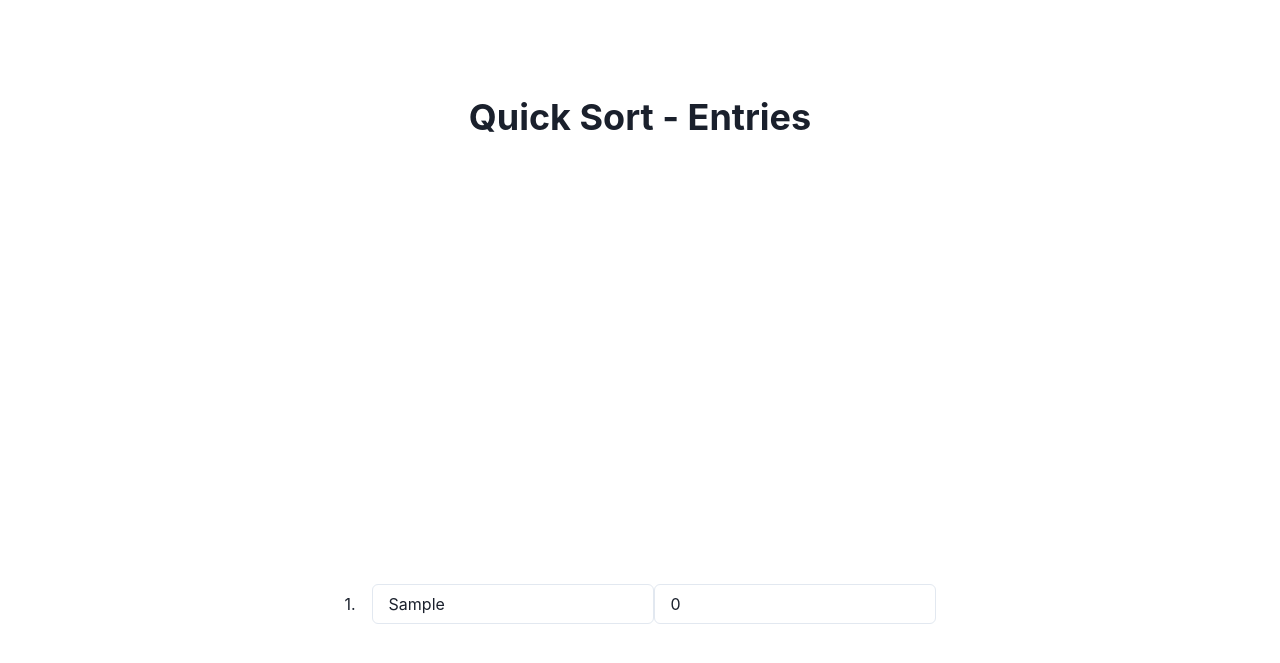
Repository: rohit-jindal18/stock-trailer
Page: /home
These files come from the project's save history. The page is drawn as it stood at one moment and after the next save; the edit follows.
The browser window is 1280 px wide. The pictures show the whole page.
The project was rebuilt for these pictures with package versions that can differ from the ones it lists, and the page was loaded fresh each time. The framework's server and built-in components were replaced by stand-ins that run in the browser. Also part of the build but not shown: next.config.js.

Above is the page before, as saved 2023-03-14 14:59:38.

### src/pages/_app.tsx
import '@stock-trailer/styles/globals.css'
import { ChakraProvider } from '@chakra-ui/react'
import type { AppProps } from 'next/app'

export default function App({ Component, pageProps }: AppProps) {
  return (
    <ChakraProvider>
      <Component {...pageProps} />
    </ChakraProvider>
  )
}

### src/pages/home.tsx
import { Box, Heading, Input, Text } from '@chakra-ui/react'
import styles from '@stock-trailer/styles/Home.module.css'
import { IInstrumentInfo } from '@stock-trailer/types'
import { Inter } from 'next/font/google'
import Head from 'next/head'
import { useState } from 'react'

const inter = Inter({ subsets: ['latin'] })

export default function Authorize() {
  const [instruments, setInstruments] = useState<IInstrumentInfo[]>([{
    id: 'Sample',
    qty: 0
  }]);
  return (
    <>
      <Head>
        <title>Stock - Trailer</title>
        <meta name="description" content="Generated by create next app" />
        <meta name="viewport" content="width=device-width, initial-scale=1" />
        <link rel="icon" href="/favicon.ico" />
      </Head>
      <main className={styles.main}>
        <div className={styles.description}>
          <Heading>Quick Sort - Entries</Heading>
        </div>
        <Box>
          {
            instruments.map((instrument, index) => {
              return (
                <Box display={'flex'} alignItems='center' key={`qs-${index}`} >
                  <Text mr={'16px'}>{index + 1}.</Text>
                  <Input value={instrument.id} onChange={(event) => {
                    const newInstruments = [
                      ...instruments
                    ]
                    newInstruments[index].id = event.target.value
                    setInstruments(newInstruments);
                  }} />
                  <Input value={instrument.qty} onChange={(event) => {
                    const newInstruments = [
                      ...instruments
                    ]
                    newInstruments[index].qty = +event.target.value
                    setInstruments(newInstruments);
                  }} />
                </Box>
              );
            })
          }
        </Box>
      </main>
    </>
  )
}

### src/styles/Home.module.css
.main {
  display: flex;
  flex-direction: column;
  justify-content: space-between;
  align-items: center;
  padding: 6rem;
  min-height: 100vh;
}

.description {
  display: flex;
  justify-content: center;
  align-items: center;
  height: 100%;
  font-size: 0.85rem;
  max-width: var(--max-width);
  width: 100%;
  z-index: 2;
  font-family: var(--font-mono);
}

.description a {
  display: flex;
  justify-content: center;
  align-items: center;
  gap: 0.5rem;
}

.description p {
  position: relative;
  margin: 0;
  padding: 1rem;
  background-color: rgba(var(--callout-rgb), 0.5);
  border: 1px solid rgba(var(--callout-border-rgb), 0.3);
  border-radius: var(--border-radius);
}

.code {
  font-weight: 700;
  font-family: var(--font-mono);
}

.grid {
  display: grid;
  grid-template-columns: repeat(4, minmax(25%, auto));
  width: var(--max-width);
  max-width: 100%;
}

.card {
  padding: 1rem 1.2rem;
  border-radius: var(--border-radius);
  background: rgba(var(--card-rgb), 0);
  border: 1px solid rgba(var(--card-border-rgb), 0);
  transition: background 200ms, border 200ms;
}

.card span {
  display: inline-block;
  transition: transform 200ms;
}

.card h2 {
  font-weight: 600;
  margin-bottom: 0.7rem;
}

.card p {
  margin: 0;
  opacity: 0.6;
  font-size: 0.9rem;
  line-height: 1.5;
  max-width: 30ch;
}

.center {
  display: flex;
  justify-content: center;
  align-items: center;
  position: relative;
  padding: 4rem 0;
}

.center::before {
  background: var(--secondary-glow);
  border-radius: 50%;
  width: 480px;
  height: 360px;
  margin-left: -400px;
}

.center::after {
  background: var(--primary-glow);
  width: 240px;
  height: 180px;
  z-index: -1;
}

.center::before,
.center::after {
  content: '';
  left: 50%;
  position: absolute;
  filter: blur(45px);
  transform: translateZ(0);
}

.logo,
.thirteen {
  position: relative;
}

.thirteen {
  display: flex;
  justify-content: center;
  align-items: center;
  width: 75px;
  height: 75px;
  padding: 25px 10px;
  margin-left: 16px;
  transform: translateZ(0);
  border-radius: var(--border-radius);
  overflow: hidden;
  box-shadow: 0px 2px 8px -1px #0000001a;
}

.thirteen::before,
.thirteen::after {
  content: '';
  position: absolute;
  z-index: -1;
}

/* Conic Gradient Animation */
.thirteen::before {
  animation: 6s rotate linear infinite;
  width: 200%;
  height: 200%;
  background: var(--tile-border);
}

/* Inner Square */
.thirteen::after {
  inset: 0;
  padding: 1px;
  border-radius: var(--border-radius);
  background: linear-gradient(
    to bottom right,
    rgba(var(--tile-start-rgb), 1),
    rgba(var(--tile-end-rgb), 1)
  );
  background-clip: content-box;
}

/* Enable hover only on non-touch devices */
@media (hover: hover) and (pointer: fine) {
  .card:hover {
    background: rgba(var(--card-rgb), 0.1);
    border: 1px solid rgba(var(--card-border-rgb), 0.15);
  }

  .card:hover span {
    transform: translateX(4px);
  }
}

@media (prefers-reduced-motion) {
  .thirteen::before {
    animation: none;
  }

  .card:hover span {
    transform: none;
  }
}

/* Mobile */
@media (max-width: 700px) {
  .content {
    padding: 4rem;
  }

  .grid {
    grid-template-columns: 1fr;
    margin-bottom: 120px;
    max-width: 320px;
    text-align: center;
  }

  .card {
    padding: 1rem 2.5rem;
  }

  .card h2 {
    margin-bottom: 0.5rem;
  }

  .center {
    padding: 8rem 0 6rem;
  }

  .center::before {
    transform: none;
    height: 300px;
  }

  .description {
    font-size: 0.8rem;
  }

  .description a {
    padding: 1rem;
  }

  .description p,
  .description div {
    display: flex;
    justify-content: center;
    position: fixed;
    width: 100%;
  }

  .description p {
    align-items: center;
    inset: 0 0 auto;
    padding: 2rem 1rem 1.4rem;
    border-radius: 0;
    border: none;
    border-bottom: 1px solid rgba(var(--callout-border-rgb), 0.25);
    background: linear-gradient(
      to bottom,
      rgba(var(--background-start-rgb), 1),
      rgba(var(--callout-rgb), 0.5)
    );
    background-clip: padding-box;
    backdrop-filter: blur(24px);
  }

  .description div {
    align-items: flex-end;
    pointer-events: none;
    inset: auto 0 0;
    padding: 2rem;
    height: 200px;
    background: linear-gradient(
      to bottom,
      transparent 0%,
      rgb(var(--background-end-rgb)) 40%
    );
    z-index: 1;
  }
}

/* Tablet and Smaller Desktop */
@media (min-width: 701px) and (max-width: 1120px) {
  .grid {
    grid-template-columns: repeat(2, 50%);
  }
}

@media (prefers-color-scheme: dark) {
  .vercelLogo {
    filter: invert(1);
  }

  .logo,
  .thirteen img {
    filter: invert(1) drop-shadow(0 0 0.3rem #ffffff70);
  }
}

@keyframes rotate {
  from {
    transform: rotate(360deg);
  }
  to {
    transform: rotate(0deg);
  }
}

Loaded but not shown: src/pages/_document.tsx (common file); src/styles/globals.css (common file)

After the next save:
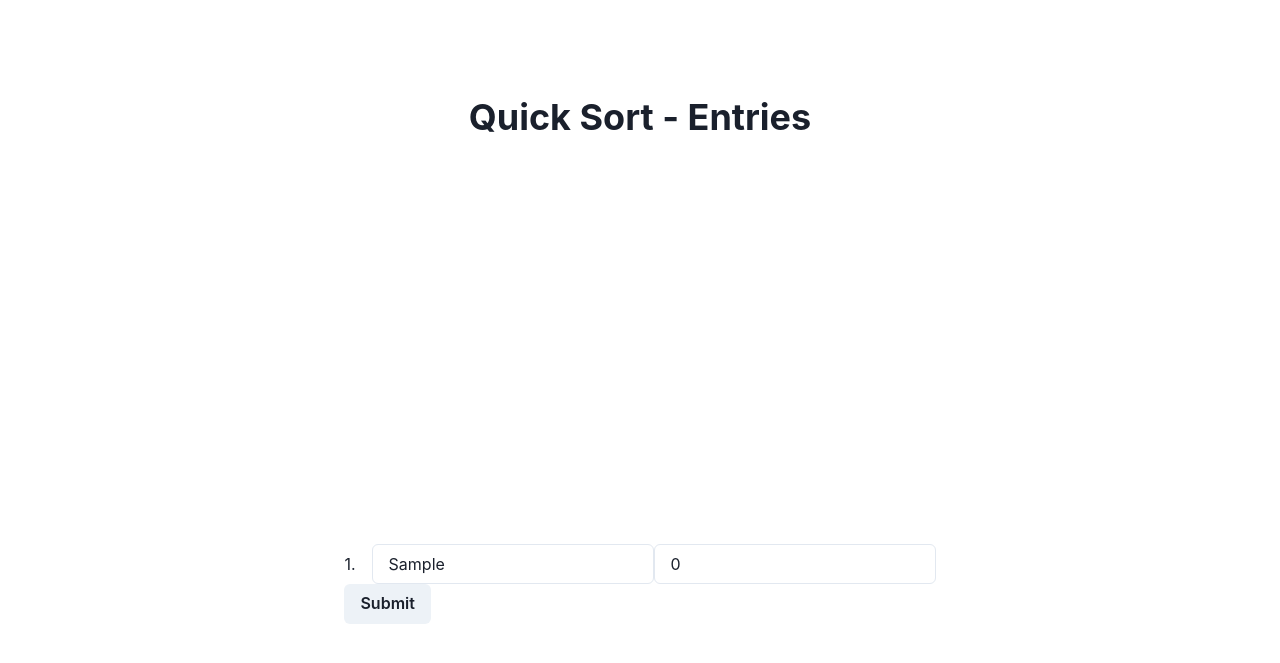
Saved 27 s later.
--- a/src/pages/home.tsx
+++ b/src/pages/home.tsx
@@ -1,4 +1,4 @@
-import { Box, Heading, Input, Text } from '@chakra-ui/react'
+import { Box, Button, Heading, Input, Text } from '@chakra-ui/react'
 import styles from '@stock-trailer/styles/Home.module.css'
 import { IInstrumentInfo } from '@stock-trailer/types'
 import { Inter } from 'next/font/google'
@@ -48,6 +48,7 @@ export default function Authorize() {
               );
             })
           }
+          <Button>Submit</Button>
         </Box>
       </main>
     </>
